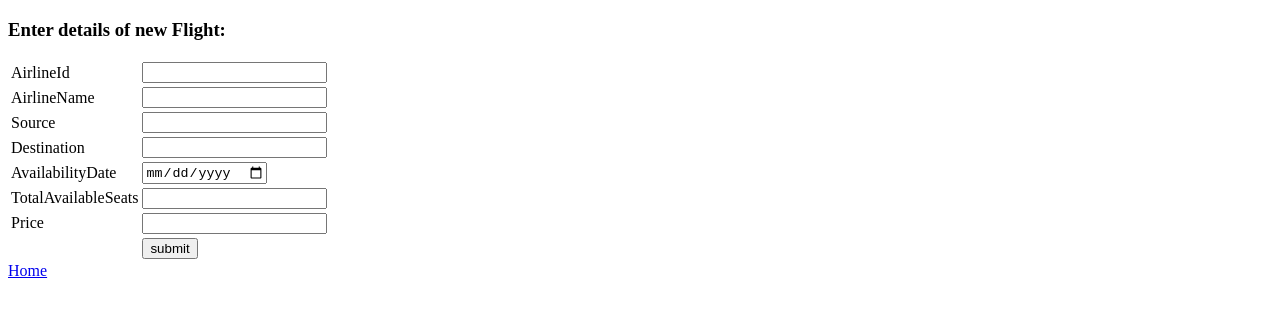
Repository: Pranathi99/FlyAway
Page: http://localhost/FlyAway/addFlight.jsp
The author's editor kept a copy of each file at every save. The page is drawn from the files as they stood at one save, then again after the next save.
The browser window is 1280 px wide. The pictures show the whole page.
The page is served by Tomcat 9. Other server files are loaded and not shown.

Above is the page before, as saved 2023-03-26 11:26:42.

### FlyAway/src/main/webapp/addFlight.jsp
<%@ page language="java" contentType="text/html; charset=ISO-8859-1"
    pageEncoding="ISO-8859-1"%>
<!DOCTYPE html>
<html>
<head>
<meta charset="ISO-8859-1">
<title>FlyAway</title>
</head>
<body>
<h3>Enter details of new Flight:</h3>
<form action="AddFlight" method="post">
		<table>
		<tr>
				<td>AirlineId</td>
				<td><input type="text" name="airlineId" /></td>
			</tr>
			<tr>
				<td>AirlineName</td>
				<td><input name="airlineName" /></td>
			</tr>
			<tr>
				<td>Source</td>
				<td><input name="src" /></td>
			</tr>
			<tr>
				<td>Destination</td>
				<td><input name="dest" /></td>
			</tr>
			<tr>
				<td>AvailabilityDate</td>
				<td><input name="date" type="date" /></td>
			</tr>
			<tr>
				<td>TotalAvailableSeats</td>
				<td><input name="seats" /></td>
			</tr>
			<tr>
				<td>Price</td>
				<td><input name="price" /></td>
			</tr>
			<tr>
				<td></td>
				<td><input type="submit" value="submit"/></td>
			</tr>
		</table>
	</form>
	<a href="adminHome.html">Home</a>
</body>
</html>

After the next save:
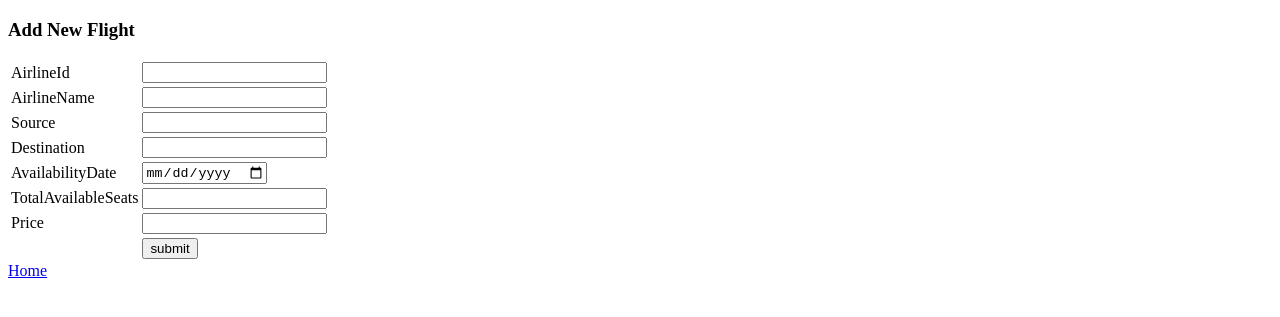
Saved 13 s later.
--- a/FlyAway/src/main/webapp/addFlight.jsp
+++ b/FlyAway/src/main/webapp/addFlight.jsp
@@ -7,7 +7,7 @@
 <title>FlyAway</title>
 </head>
 <body>
-<h3>Enter details of new Flight:</h3>
+<h3>Add New Flight</h3>
 <form action="AddFlight" method="post">
 		<table>
 		<tr>
